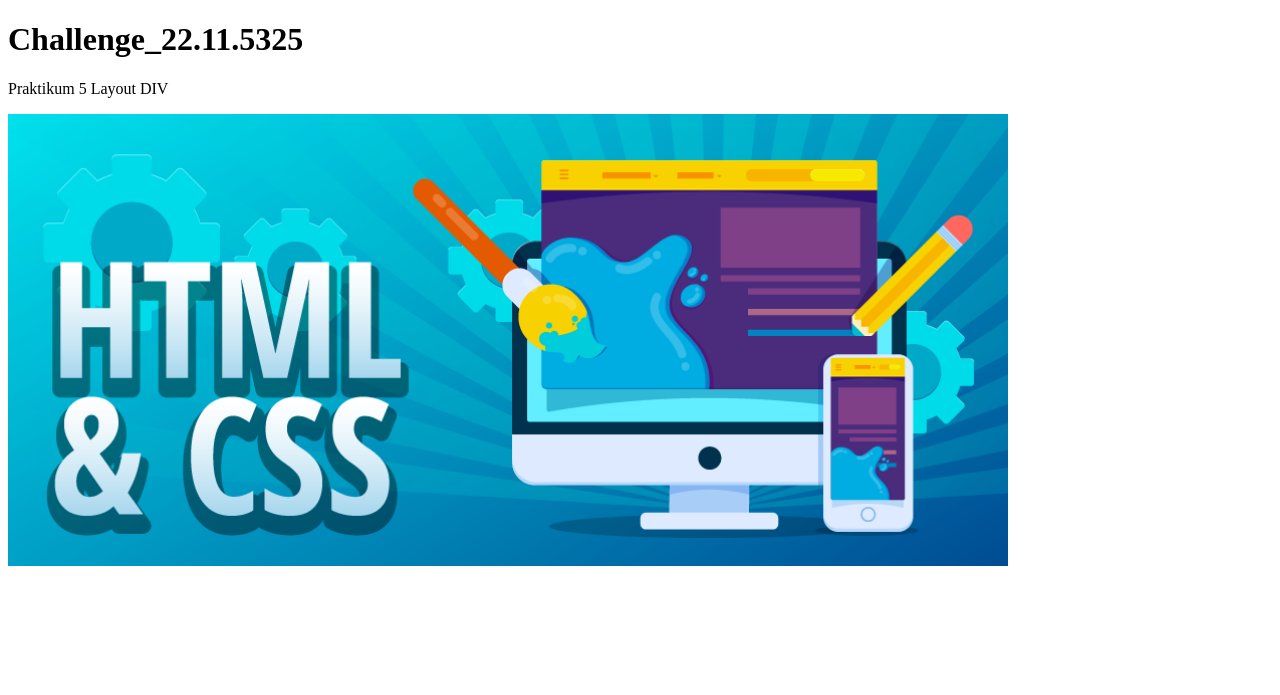
Repository: Jambrong-noob/challenge_22.11.5325_p5
Page: Challenge_22115325.html
The author's editor kept a copy of each file at every save. The page is drawn from the files as they stood at one save, then again after the next save.
The browser window is 1280 px wide. The pictures show the whole page.

Above is the page before, as saved 2026-04-27 11:31:39.

After the next save:
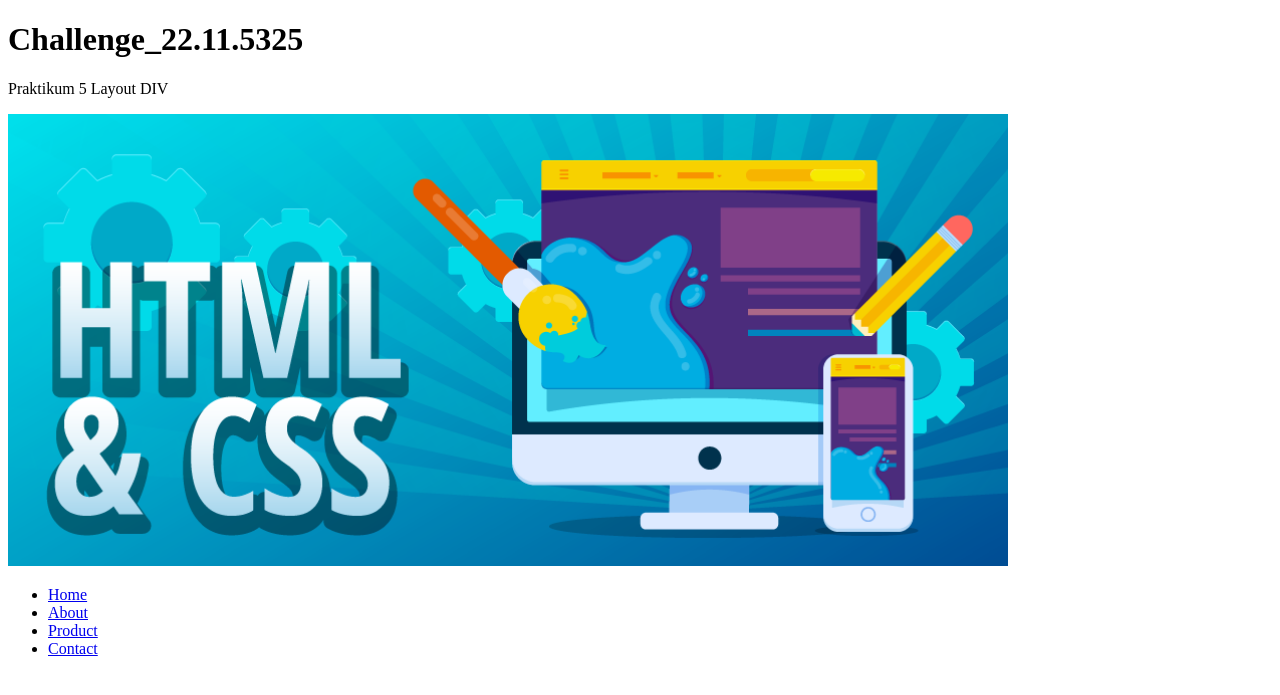
Saved 3 min 4 s later.
--- a/Challenge_22115325.html
+++ b/Challenge_22115325.html
@@ -20,5 +20,15 @@
     <div class="header">
         <img src="pict.png" alt="pict" width="1000px">
     </div>
+    <div class="container">
+        <div class="nav">
+            <ul>
+                <li><a href="#">Home</a></li>
+                <li><a href="#">About</a></li>
+                <li><a href="#">Product</a></li>
+                <li><a href="#">Contact</a></li>
+            </ul>
+        </div>
+    </div>
 </body>
 </html>
